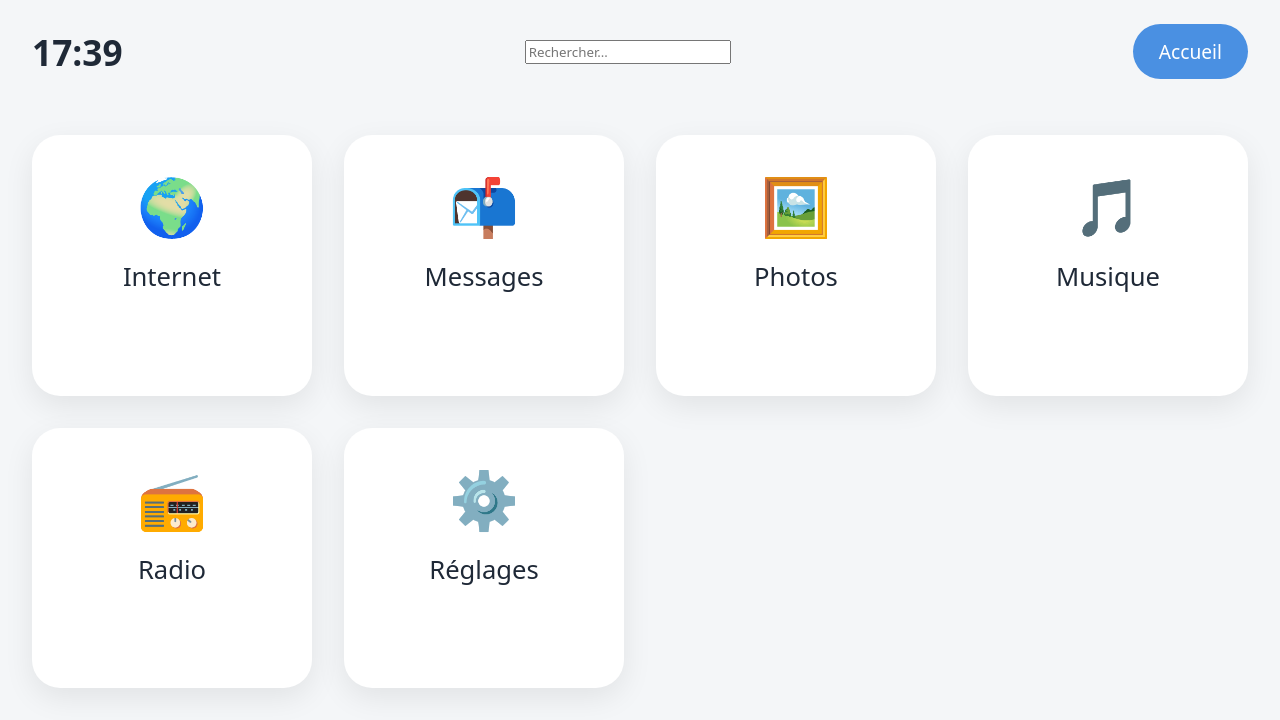
Repository: nlagardere/OpenHand
Page: index.html
The author's editor kept a copy of each file at every save. The page is drawn from the files as they stood at one save, then again after the next save.
The browser window is 1280 px wide. The pictures show the whole page.

Above is the page before, as saved 2026-01-28 17:54:08.

### index.html
<!DOCTYPE html>
<html lang="fr">
<head>
<meta charset="UTF-8">
<meta name="viewport" content="width=device-width, initial-scale=1.0">
<title>OpenHand</title>
<link rel="stylesheet" href="css/style.css">
</head>

<body>

<header>
  <div id="clock">--:--</div>
  <input id="search" placeholder="Rechercher…" />
  <button id="homeBtn">Accueil</button>
</header>

<main id="menu"></main>
<section id="appView"></section>


<script src="js/app-manager.js"></script>
</body>
</html>

### css/style.css
:root {
  --bg: #f4f6f8;
  --card: #ffffff;
  --accent: #4a90e2;
  --text: #1f2937;
  --radius: 28px;
}

* {
  box-sizing: border-box;
  font-family: "Quicksand", system-ui, sans-serif;
}

body {
  margin: 0;
  background: var(--bg);
  color: var(--text);
  height: 100vh;
  display: flex;
  flex-direction: column;
}

header {
  padding: 24px 32px;
  display: flex;
  justify-content: space-between;
  align-items: center;
}

#clock {
  font-size: 2.2rem;
  font-weight: 600;
}

#homeBtn {
  background: var(--accent);
  color: white;
  border: none;
  border-radius: 999px;
  padding: 14px 26px;
  font-size: 1.2rem;
  cursor: pointer;
}

#menu {
  flex: 1;
  padding: 32px;
  display: grid;
  grid-template-columns: repeat(auto-fit, minmax(260px, 1fr));
  gap: 32px;
}

.card {
  background: var(--card);
  border-radius: var(--radius);
  padding: 32px;
  text-align: center;
  font-size: 1.6rem;
  cursor: pointer;
  box-shadow: 0 10px 30px rgba(0,0,0,0.08);
  transition: transform 0.2s ease;
}

.card:hover {
  transform: scale(1.04);
}

.icon {
  font-size: 3.5rem;
  margin-bottom: 16px;
}

#appView {
  display: none;
  flex: 1;
}

### js/app-manager.js
const menu = document.getElementById("menu");
const appView = document.getElementById("appView");
const homeBtn = document.getElementById("homeBtn");

/* Horloge */
function updateClock() {
  const now = new Date();
  document.getElementById("clock").textContent =
    now.toLocaleTimeString("fr-FR", { hour: "2-digit", minute: "2-digit" });
}
setInterval(updateClock, 1000);
updateClock();

/* Charger les apps */
fetch("apps.json")
  .then(res => res.json())
  .then(apps => {
    apps.forEach(app => {
      const card = document.createElement("div");
      card.className = "card";
      card.innerHTML = `
        <div class="icon">${app.icon}</div>
        ${app.name}
      `;
      card.onclick = () => openApp(app.entry);
      menu.appendChild(card);
    });
  });

/* Ouvrir une app */
function openApp(url) {
  menu.style.display = "none";
  appView.style.display = "block";

  appView.innerHTML = `
    <iframe src="${url}" style="width:100%;height:100%;border:none;"></iframe>
  `;
}

/* Retour accueil */
homeBtn.onclick = () => {
  appView.style.display = "none";
  menu.style.display = "grid";
  appView.innerHTML = "";
};

### apps.json
[
  {
    "name": "Internet",
    "icon": "🌍",
    "category": "Communication",
    "entry": "apps/internet/index.html"
  },
  {
    "name": "Messages",
    "icon": "📬",
    "category": "Communication",
    "entry": "apps/messages/index.html"
  },
  {
    "name": "Photos",
    "icon": "🖼️",
    "category": "Souvenirs",
    "entry": "apps/photos/index.html"
  },
  {
    "name": "Musique",
    "icon": "🎵",
    "category": "Divertissement",
    "entry": "apps/musique/index.html"
  },
  {
    "name": "Radio",
    "icon": "📻",
    "category": "Divertissement",
    "entry": "apps/radio/index.html"
  },
  {
    "name": "Réglages",
    "icon": "⚙️",
    "category": "Système",
    "entry": "apps/settings/index.html"
  }
]

After the next save:
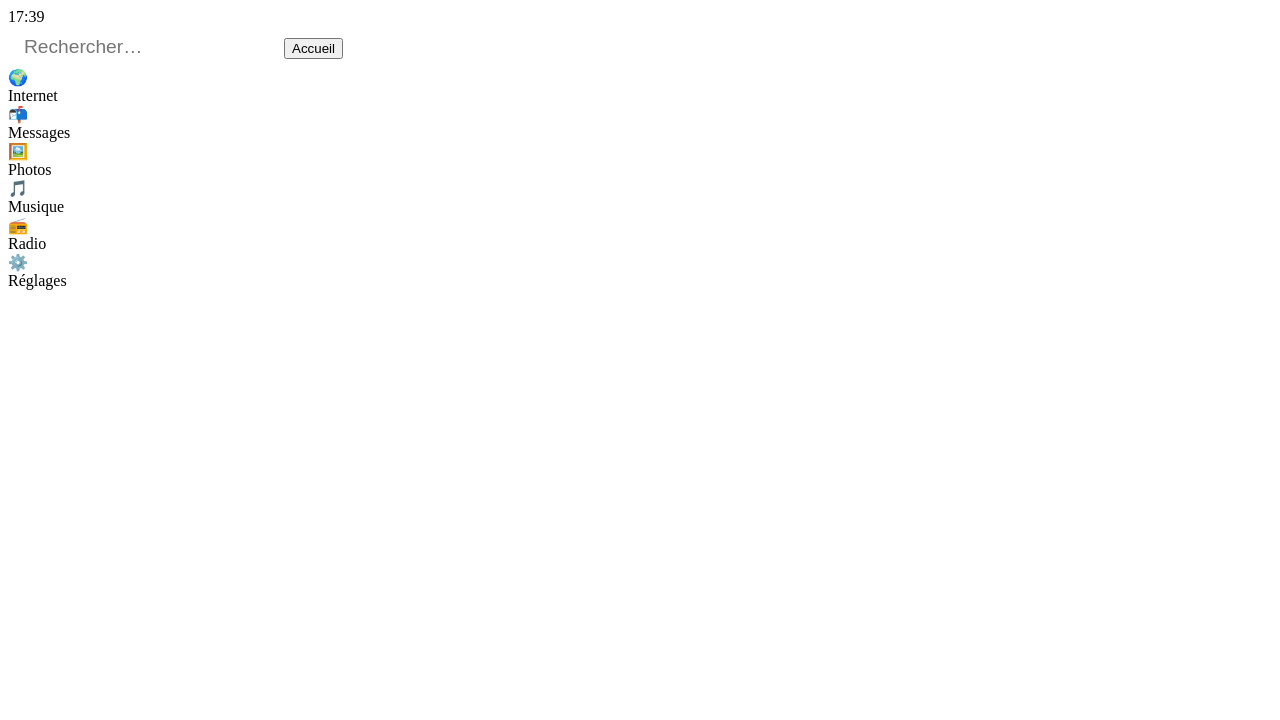
Saved 14 s later.
--- a/css/style.css
+++ b/css/style.css
@@ -1,76 +1,16 @@
-:root {
-  --bg: #f4f6f8;
-  --card: #ffffff;
-  --accent: #4a90e2;
-  --text: #1f2937;
-  --radius: 28px;
+#search {
+  font-size: 1.2rem;
+  padding: 10px 16px;
+  border-radius: 999px;
+  border: none;
+  width: 240px;
 }
 
-* {
-  box-sizing: border-box;
-  font-family: "Quicksand", system-ui, sans-serif;
+.fade {
+  animation: fade 0.3s ease;
 }
 
-body {
-  margin: 0;
-  background: var(--bg);
-  color: var(--text);
-  height: 100vh;
-  display: flex;
-  flex-direction: column;
+@keyframes fade {
+  from { opacity: 0; transform: scale(0.98); }
+  to { opacity: 1; transform: scale(1); }
 }
-
-header {
-  padding: 24px 32px;
-  display: flex;
-  justify-content: space-between;
-  align-items: center;
-}
-
-#clock {
-  font-size: 2.2rem;
-  font-weight: 600;
-}
-
-#homeBtn {
-  background: var(--accent);
-  color: white;
-  border: none;
-  border-radius: 999px;
-  padding: 14px 26px;
-  font-size: 1.2rem;
-  cursor: pointer;
-}
-
-#menu {
-  flex: 1;
-  padding: 32px;
-  display: grid;
-  grid-template-columns: repeat(auto-fit, minmax(260px, 1fr));
-  gap: 32px;
-}
-
-.card {
-  background: var(--card);
-  border-radius: var(--radius);
-  padding: 32px;
-  text-align: center;
-  font-size: 1.6rem;
-  cursor: pointer;
-  box-shadow: 0 10px 30px rgba(0,0,0,0.08);
-  transition: transform 0.2s ease;
-}
-
-.card:hover {
-  transform: scale(1.04);
-}
-
-.icon {
-  font-size: 3.5rem;
-  margin-bottom: 16px;
-}
-
-#appView {
-  display: none;
-  flex: 1;
-}
